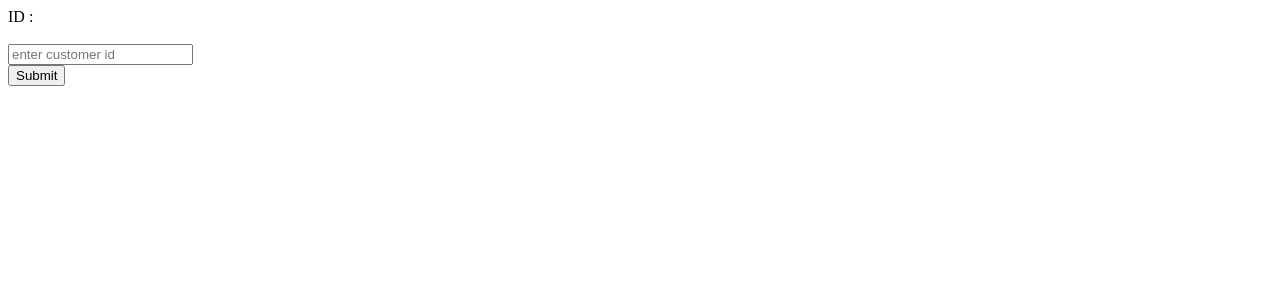
Repository: Sridharreddy597/bcjdecember2016git
Page: http://localhost/restclientAJAX/views/delfrm.jsp
An editor plug-in stored every save of this project. The page is shown before and after the next save, followed by the edit.
The browser window is 1280 px wide. The pictures show the whole page.
Some web libraries are served in a nearby version. The page is served by Tomcat 9. Nobody is signed in. The application's start-up code is not run.

Above is the page before, as saved 2017-06-16 15:29:41.

After the next save:
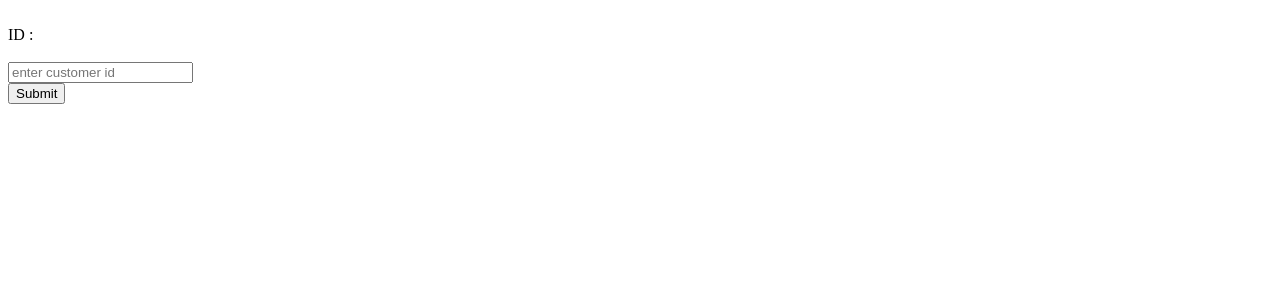
Saved 10 s later.
--- a/restclientAJAX/src/main/webapp/views/delfrm.jsp
+++ b/restclientAJAX/src/main/webapp/views/delfrm.jsp
@@ -17,7 +17,7 @@
 <body>
 <div>
 
-	<form commandName="cust" action="delfrm" method="DELETE" id="submitdelForm">
+	<form commandName="cust" action="delfrm" method="DELETE" id="submitdelForm"><br>
 		ID :<br> <br><input type="text" class="form-control" name="id" id="id"
 			placeholder="enter customer id " required> <br> <input
 			type="submit" value="Submit">
